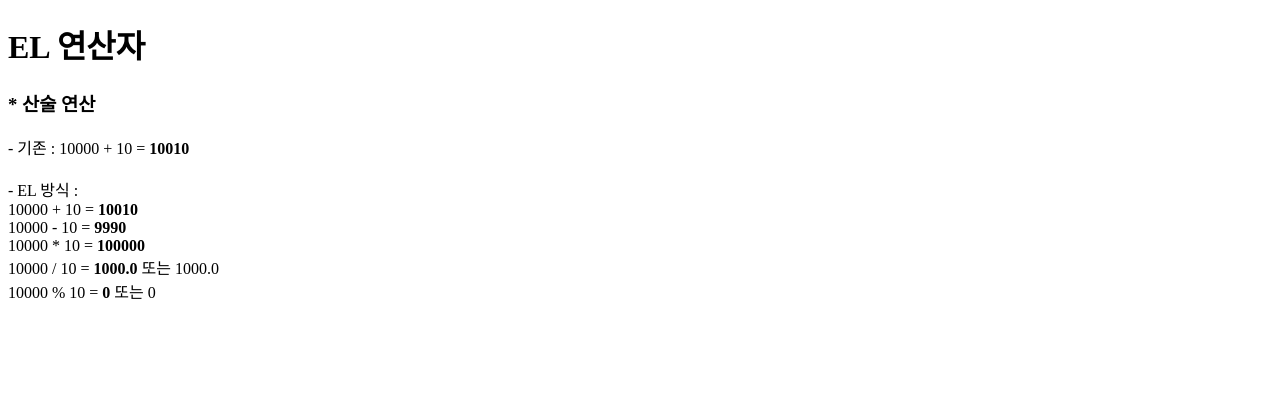
Repository: hailey-516/servlet
Page: http://localhost/3_elAction/operator.do
The author's editor kept a copy of each file at every save. The page is drawn from the files as they stood at one save, then again after the next save.
The browser window is 1280 px wide. The pictures show the whole page.
The page is served by Tomcat 9. Other server files are loaded and not shown.

Above is the page before, as saved 2024-08-26 05:12:29.

### 3_elAction/src/main/webapp/views/1_EL/02_elOperator.jsp
<%@ page language="java" contentType="text/html; charset=UTF-8"
    pageEncoding="UTF-8"%>
<!DOCTYPE html>
<html>
<head>
<meta charset="UTF-8">
<title>EL 연산자</title>
</head>
<body>
	<h1>EL 연산자</h1>

	<h3>* 산술 연산</h3>
	- 기존 : 10000 + 10 = <b><%= (int)request.getAttribute("big") + (int)request.getAttribute("small") %></b>
	<br><br>

	- EL 방식 : <br>
	10000 + 10 = <b>${ big + small }</b> <br>
	10000 - 10 = <b>${ big - small }</b> <br>
	10000 * 10 = <b>${ big * small }</b> <br>
	10000 / 10 = <b>${ big / small }</b> 또는 ${ big div small } <br>
	10000 % 10 = <b>${ big % small }</b> 또는 ${ big mod small }

</body>
</html>

### 3_elAction/src/main/java/com/kh/controller/OperatorServlet.java
package com.kh.controller;

import java.io.IOException;
import java.util.ArrayList;

import javax.servlet.ServletException;
import javax.servlet.annotation.WebServlet;
import javax.servlet.http.HttpServlet;
import javax.servlet.http.HttpServletRequest;
import javax.servlet.http.HttpServletResponse;

import com.kh.model.vo.Person;

/**
 * Servlet implementation class OperatorServlet
 */
@WebServlet("/operator.do")
public class OperatorServlet extends HttpServlet {
	private static final long serialVersionUID = 1L;

    /**
     * @see HttpServlet#HttpServlet()
     */
    public OperatorServlet() {
        super();
        // TODO Auto-generated constructor stub
    }

	/**
	 * @see HttpServlet#doGet(HttpServletRequest request, HttpServletResponse response)
	 */
	protected void doGet(HttpServletRequest request, HttpServletResponse response) throws ServletException, IOException {

		request.setAttribute("big", 10000);
		request.setAttribute("small", 10);

		request.setAttribute("s1", "배고파");
		request.setAttribute("s2", "");
		request.setAttribute("s3", "힘내!!");

		request.setAttribute("p1", new Person("카리나", 25, "여자"));
		request.setAttribute("p2", null);

		ArrayList<String> list1 = new ArrayList<>();
		request.setAttribute("l1", list1);

		ArrayList<String> list2 = new ArrayList<>();
		list2.add("Drama");
		list2.add("Armageddon");
		request.setAttribute("l2", list2);

		request.getRequestDispatcher("views/1_EL/02_elOperator.jsp").forward(request, response);;
	}

	/**
	 * @see HttpServlet#doPost(HttpServletRequest request, HttpServletResponse response)
	 */
	protected void doPost(HttpServletRequest request, HttpServletResponse response) throws ServletException, IOException {
		// TODO Auto-generated method stub
		doGet(request, response);
	}

}

### 3_elAction/src/main/java/com/kh/model/vo/Person.java
package com.kh.model.vo;

public class Person {
	// 필드부 (변수)
	private String name;
	private int age;
	private String gender;

	// 생성자부
	public Person() {

	}

	public Person(String name, int age, String gender) {
		this.name = name;
		this.age = age;
		this.gender = gender;
	}

	// 메소드부
	// getter/setter
	public String getName() {
		return name;
	}

	public void setName(String name) {
		this.name = name;
	}

	public int getAge() {
		return age;
	}

	public void setAge(int age) {
		this.age = age;
	}

	public String getGender() {
		return gender;
	}

	public void setGender(String gender) {
		this.gender = gender;
	}

	// toString() => 필드부에 저장된 값들을 확인하는 용도
	@Override
	public String toString() {
		return "Person [name=" + name + ", age=" + age + ", gender=" + gender + "]";
	}

}

After the next save:
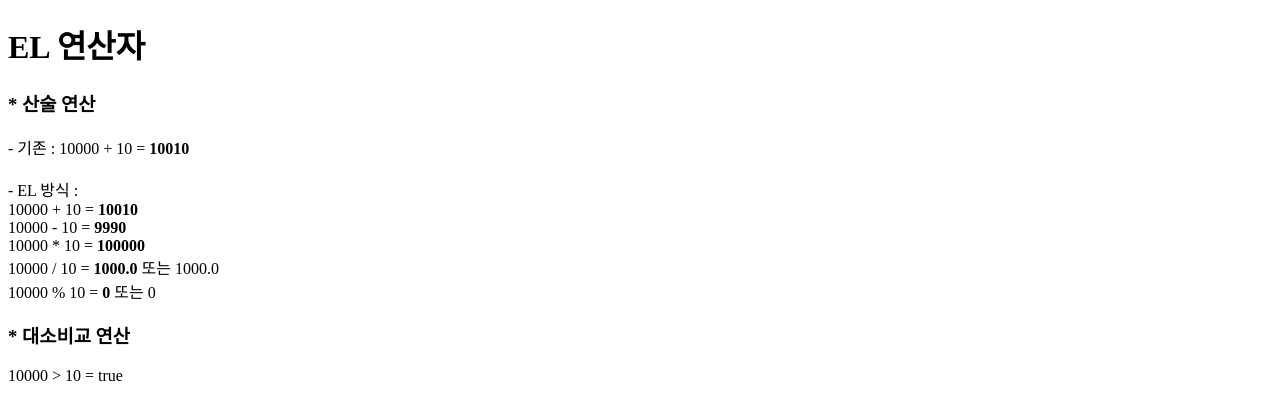
Saved 109 s later.
--- a/3_elAction/src/main/webapp/views/1_EL/02_elOperator.jsp
+++ b/3_elAction/src/main/webapp/views/1_EL/02_elOperator.jsp
@@ -18,7 +18,10 @@
 	10000 - 10 = <b>${ big - small }</b> <br>
 	10000 * 10 = <b>${ big * small }</b> <br>
 	10000 / 10 = <b>${ big / small }</b> 또는 ${ big div small } <br>
-	10000 % 10 = <b>${ big % small }</b> 또는 ${ big mod small }
+	10000 % 10 = <b>${ big % small }</b> 또는 ${ big mod small } <br>
+
+	<h3>* 대소비교 연산</h3>
+	10000 &gt; 10 = ${ big > small }
 
 </body>
 </html>
